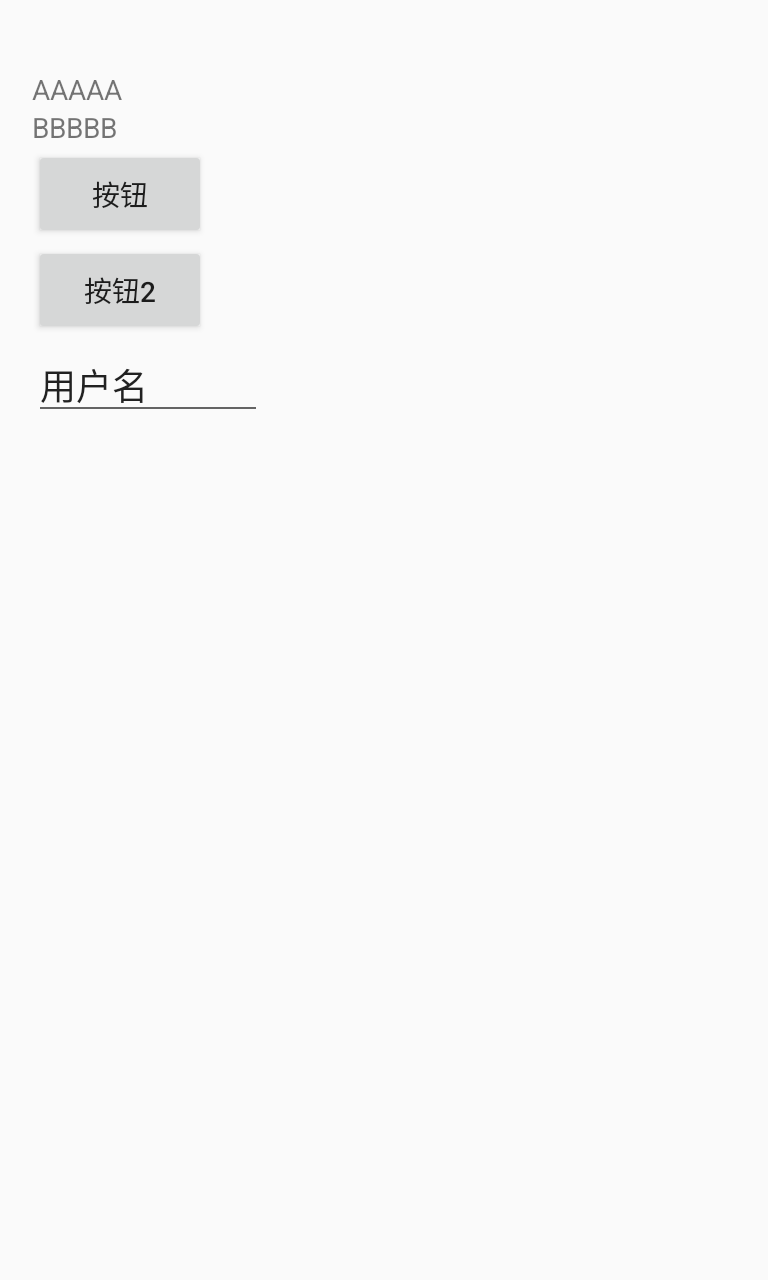
Repository: zzznn/Android_and_java
Layout: work/Day0202/res/layout/activity_main.xml
An editor plug-in stored every save of this project. The layout is shown before and after the next save, followed by the edit.
It is drawn on a 768 x 1280 px phone screen (xhdpi) without system bars, with theme AppTheme; the app's code is not run.

Above is the layout before, as saved 2018-01-03 08:41:13.

### work/Day0202/res/layout/activity_main.xml
<LinearLayout xmlns:android="http://schemas.android.com/apk/res/android"
    xmlns:tools="http://schemas.android.com/tools"
    android:layout_width="match_parent"
    android:layout_height="match_parent"
    android:paddingBottom="@dimen/activity_vertical_margin"
    android:paddingLeft="@dimen/activity_horizontal_margin"
    android:paddingRight="@dimen/activity_horizontal_margin"
    android:paddingTop="@dimen/activity_vertical_margin"
    android:orientation="vertical"
    tools:context="com.Kevin.day0202.MainActivity" >

    <TextView
        android:id="@+id/tv"
        android:layout_width="wrap_content"
        android:layout_height="wrap_content"/>
    <TextView
        android:id="@+id/tv_sec"
        android:layout_width="wrap_content"
        android:layout_height="wrap_content"
        android:text="AAAAA"/>


    <TextView
        android:id="@+id/tv_th"
        android:layout_width="wrap_content"
        android:layout_height="wrap_content"
        android:text="BBBBB"/>


    <Button
        android:id="@+id/btn"
        android:layout_width="wrap_content"
        android:layout_height="wrap_content"
        android:text="按钮"
        />

    <Button
        android:id="@+id/btn_sec"
        android:layout_width="wrap_content"
        android:layout_height="wrap_content"
        android:text="按钮2"
        />

    <EditText
        android:id="@+id/et_name"
        android:layout_width="wrap_content"
        android:layout_height="wrap_content"
        android:text="用户名"
        android:hint="请输入用户名"
        />

</LinearLayout>

Loaded but not shown: work/Day0202/res/values/styles.xml (common file); work/Day0202/res/values-v11/styles.xml (common file); work/Day0202/res/values-v14/styles.xml (common file); work/Day0202/res/values/dimens.xml (common file); work/Day0202/res/values-w820dp/dimens.xml (common file)

After the next save:
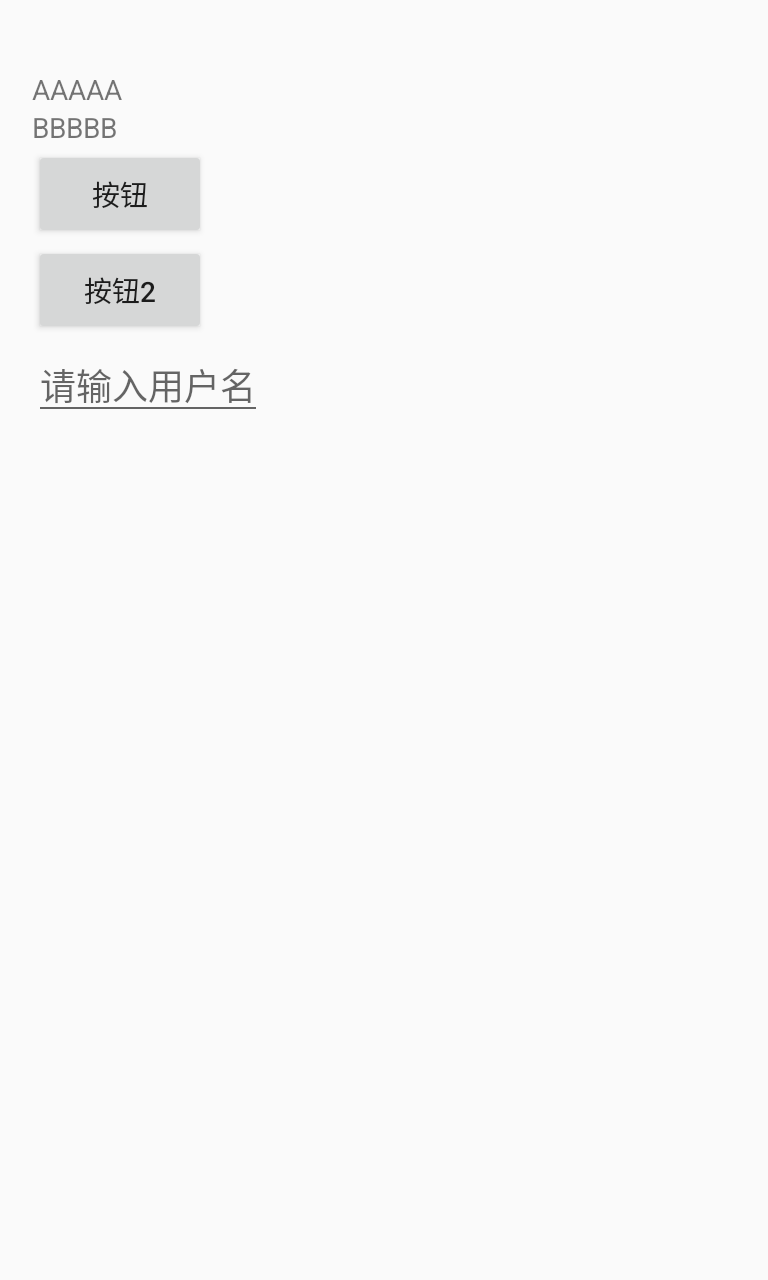
Saved 2 min 17 s later.
--- a/work/Day0202/res/layout/activity_main.xml
+++ b/work/Day0202/res/layout/activity_main.xml
@@ -45,7 +45,6 @@
         android:id="@+id/et_name"
         android:layout_width="wrap_content"
         android:layout_height="wrap_content"
-        android:text="用户名"
         android:hint="请输入用户名"
         />
 
